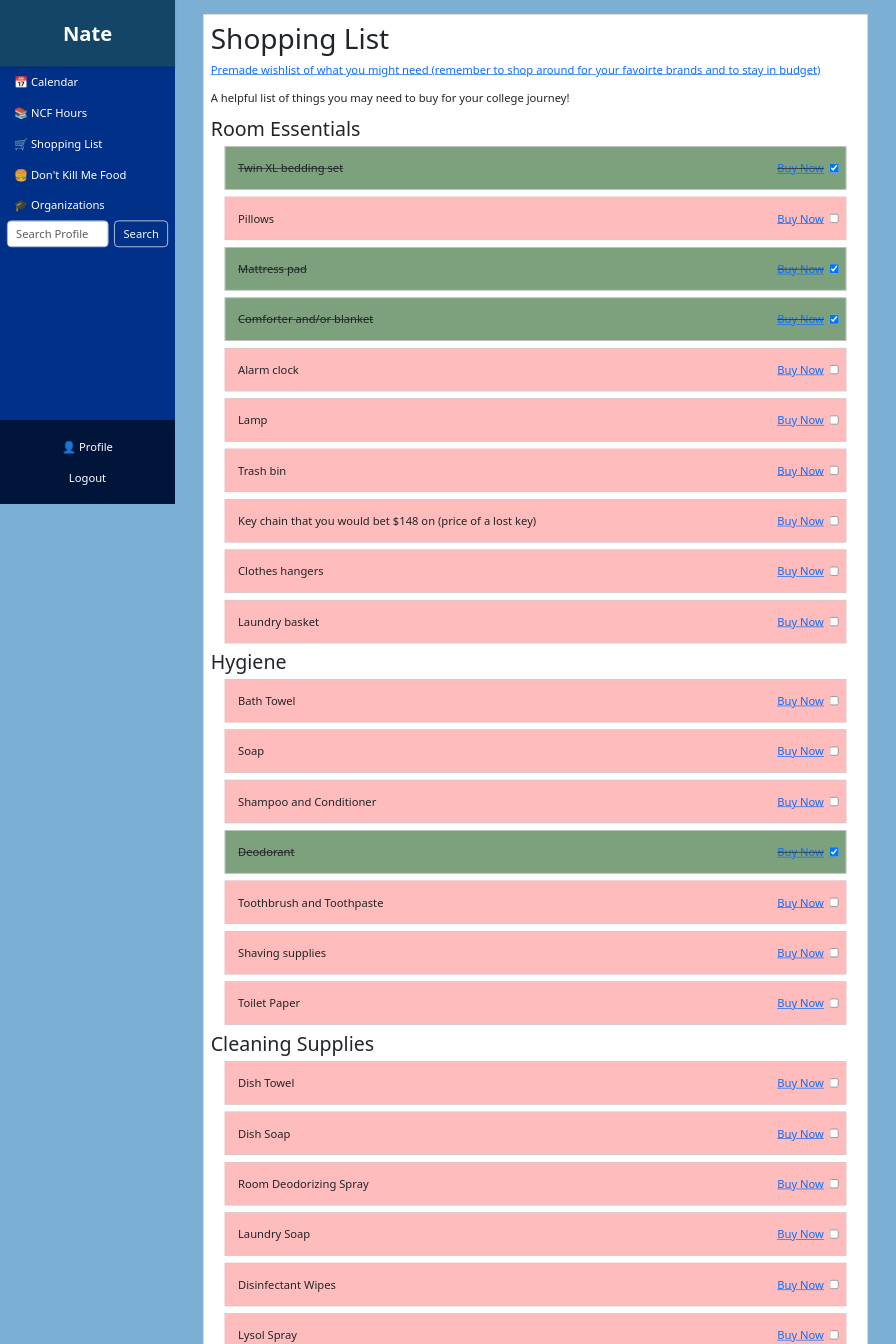
Repository: NateClarkTech/SoftwareEngineeringProject2
Page: http://localhost/shoppinglist/
An editor plug-in stored every save of this project. The page is shown before and after the next save, followed by the edit.
The browser window is 1280 px wide. The pictures show the part of the page from y = 0 to 1920 px (the page is 4171 px tall), at 70% of full size.
The page is served by the project's application, run on Django 5.2 (manage.py). The first stored user is signed in. Other server files are loaded and not shown. The page reads the database file committed with the project.

Above is the page before, as saved 2024-03-12 17:49:57.

### ShoppingList/templates/shoppinglist.html
{% extends 'base.html' %}

{% load static %}

{% block title %}Shopping List{% endblock %}

{% block extendHeader %}
<style>
    .item-box {
        border: 1px solid #ccc;
        padding: 10px;
        margin-bottom: 10px;
        margin-left: 20px;
        margin-right: 20px;
        background-color: white;
    }

    .checked {
        text-decoration: line-through;
        background-color: #7da07d;
    }

    .not-checked {
        text-decoration: none;
        background-color: #ffbcbc;
    }
</style>
{% endblock %}

{% block content %}
<div class="align-items-center">
    {% if user.is_authenticated %}
    <div class="item-box">
        <h1>Shopping List</h1>
        <a href="https://www.amazon.com/hz/wishlist/ls/1MYC1SQ5AHTOC?ref_=wl_share" target="_blank">Premade wishlist of what you might need (remember to shop around for your favoirte brands and to stay in budget)</a>
        <p class="pt-3">A helpful list of things you may need to buy for your college journey!</p>

        {% for category in itemCategories %}
            <h3>{{ category }}</h3>
            {% for item in shoppingItems %}
                {% if item.category == category %}
                    <div class="item-box d-flex {% if item.checked %}checked{%else%}not-checked{% endif %}">
                        <label for="item-{{ forloop.counter }}" class="flex-grow-1 p-2">{{ item.name }}</label>
                        <a href="{{ item.url }}" target="_blank" class="p-2">Buy Now</a>
                        <input type="checkbox" id="item-{{ forloop.counter }}" class="p-2" {% if item.checked %}checked{% endif %}>
                    </div>
                {% endif %}
            {% endfor %}
        {% endfor %}
    </div>
    {% else %}
    <p>You are not logged in</p>
    {% endif %}
</div>
{% endblock %}

{% block scripts %}
    <script src={% static '/js/shoppinglist.js' %}></script>
{% endblock %}

### ShoppingList/models.py
from django.db import models
from django.contrib.auth.models import User

class ShoppingListCategory(models.Model):
    name = models.CharField(max_length=200)

    def __str__(self):
        return self.name

class ShoppingListItem(models.Model):
    user = models.ForeignKey(User, on_delete=models.CASCADE)
    name = models.CharField(max_length=200)
    category = models.ForeignKey(ShoppingListCategory, on_delete=models.CASCADE)
    url = models.URLField(max_length=200)
    checked = models.BooleanField(default=False)

    def __str__(self):
        return self.user.username + " - " + self.name

### Leaderboard/urls.py
from django.urls import path
from . import views
#https://www.reddit.com/r/django/comments/13hknj7/my_project_doesnt_recognize_the_urls_from_one_of/
urlpatterns = [
    path('', views.checklist, name='checklist'),
    path('checklist/', views.checklist, name='checklist'),
    path('update_checklist/', views.update_checklist, name='update_checklist'),
    path('reset-tasks', views.reset_tasks),
    path('leaderboard/', views.leaderboard_view, name='leaderboard'),

]

### Profile/urls.py

from django.urls import path
from . import views
from django.conf import settings
from django.conf.urls.static import static
from django.contrib.auth import views as auth_views
# Got a lot of help from herehttps://www.reddit.com/r/django/comments/hfh1qc/namespace_is_not_a_registered_namespace/
# https://forum.djangoproject.com/t/django-urls-exceptions-noreversematch-is-not-a-registered-namespace/1876/2
#https://forum.djangoproject.com/t/redirect-to-a-different-app/9086
# And GPT helped me fix everything

app_name = 'Profile'

urlpatterns = [

    path('profile/', views.profile, name='profile'),  # For the logged-in user's profile
    path('profile/<str:username>/', views.public_profile, name='public_profile'),  # For viewing other users' profiles
    path('search/', views.search_profiles, name='search_profiles'),

        # Login/logout stuff
    path('login/', auth_views.LoginView.as_view(template_name='registration/login.html'), name='login'),
    path('logout/', views.logout_view, name='logout'),
    path('register/', views.register, name='register'),


] + static(settings.MEDIA_URL, document_root=settings.MEDIA_ROOT)

### ShoppingList/urls.py
from django.urls import path
from . import views
from django.conf import settings
from django.conf.urls.static import static
from django.contrib.auth import views as auth_views

urlpatterns = [
    path('', views.shoppinglist, name='shoppinglist'),
    path('update_shoppinglist', views.update_shoppinglist, name='update_shoppinglist'),
]

### NovoTaskNinja/urls.py
from django.urls import path
from . import views
from django.conf import settings
from django.conf.urls.static import static
from django.contrib.auth import views as auth_views

urlpatterns = [

    # Backend-Heavy Pages
    path('dontkillmefood/', views.dontkillmefood, name='dontkillmefood'),

    # Frontend-Heavy Pages
    path('calendar', views.calendar, name='calendar'),
    path('ncfhours/', views.ncfhours, name='ncfhours'),
    path('', views.home, name='home'),


] + static(settings.MEDIA_URL, document_root=settings.MEDIA_ROOT)

### db.sqlite3 (the tables this page reads, as SQL)
CREATE TABLE "ShoppingList_shoppinglistcategory" ("id" integer NOT NULL PRIMARY KEY AUTOINCREMENT, "name" varchar(200) NOT NULL);
INSERT INTO "ShoppingList_shoppinglistcategory" VALUES
(1, 'Room Essentials'),
(2, 'Hygiene'),
(3, 'Cleaning Supplies'),
(4, 'Beach Supplies'),
(5, 'School Supplies'),
(6, 'Emergency Preparedness'),
(7, 'Other Items');

CREATE TABLE "ShoppingList_shoppinglistitem" ("id" integer NOT NULL PRIMARY KEY AUTOINCREMENT, "name" varchar(200) NOT NULL, "url" varchar(200) NOT NULL, "checked" bool NOT NULL, "user_id" integer NOT NULL REFERENCES "auth_user" ("id") DEFERRABLE INITIALLY DEFERRED, "category_id" bigint NOT NULL REFERENCES "ShoppingList_shoppinglistcategory" ("id") DEFERRABLE INITIALLY DEFERRED);
INSERT INTO "ShoppingList_shoppinglistitem" VALUES
(1, 'Twin XL bedding set', 'https://www.amazon.com/s?k=twin+xl+sheet+sets', 0, 3, 1),
(2, 'Pillows', 'https://www.amazon.com/s?k=bed+pillow', 0, 3, 1),
(3, 'Mattress pad', 'https://www.amazon.com/s?k=mattress+pad', 0, 3, 1),
(4, 'Comforter and/or blanket', 'https://www.amazon.com/s?k=comforter', 0, 3, 1),
(5, 'Alarm clock', 'https://www.amazon.com/s?k=alarm+clock', 0, 3, 1),
(6, 'Lamp', 'https://www.amazon.com/s?k=lamp', 0, 3, 1),
(7, 'Trash bin', 'https://www.amazon.com/s?k=trash+bin', 0, 3, 1),
(8, 'Key chain that you would bet $148 on (price of a lost key)', 'https://www.amazon.com/s?k=key+chain', 0, 3, 1),
(9, 'Clothes hangers', 'clothes hangers', 0, 3, 1),
(10, 'Laundry basket', 'https://www.amazon.com/s?k=laundry+basket', 0, 3, 1),
(11, 'Bath Towel', 'https://www.amazon.com/s?kbath+towel', 0, 3, 2),
(12, 'Soap', 'https://www.amazon.com/s?k=soap', 0, 3, 2),
(13, 'Shampoo and Conditioner', 'https://www.amazon.com/s?k=shampoo+and+conditioner', 0, 3, 2),
(14, 'Deodorant', 'https://www.amazon.com/s?k=deodorant', 0, 3, 2),
(15, 'Toothbrush and Toothpaste', 'https://www.amazon.com/s?k=toothbrush+and+toothpaste', 0, 3, 2),
(16, 'Shaving supplies', 'https://www.amazon.com/s?k=shaving+supplies', 0, 3, 2),
(17, 'Toilet Paper', 'https://www.amazon.com/s?k=toilet+paper', 0, 3, 2),
(18, 'Dish Towel', 'https://www.amazon.com/s?k=dish+towel', 0, 3, 3),
(19, 'Dish Soap', 'https://www.amazon.com/s?k=dish+soap', 0, 3, 3),
(20, 'Room Deodorizing Spray', 'https://www.amazon.com/s?k=room+deodorizing+spray', 0, 3, 3),
(21, 'Laundry Soap', 'https://www.amazon.com/s?k=laundry+soap', 0, 3, 3),
(22, 'Disinfectant Wipes', 'https://www.amazon.com/s?k=disinfectant+wipes', 0, 3, 3),
(23, 'Lysol Spray', 'https://www.amazon.com/s?k=lysol+spray', 0, 3, 3),
(24, 'Swimsuit', 'https://www.amazon.com/s?k=swimsuit', 0, 3, 4),
(25, 'Beach Towel', 'https://www.amazon.com/s?k=beach+towel', 0, 3, 4),
(26, 'Sunscreen', 'https://www.amazon.com/s?k=sunscreen', 0, 3, 4),
(27, 'Refillable Water Bottle', 'https://www.amazon.com/s?k=refillable+water+bottle', 0, 3, 4),
(28, 'Personal Computer', 'https://www.amazon.com/s?k=personal+computer', 0, 3, 5),
(29, 'Printer', 'https://www.amazon.com/s?k=printer', 0, 3, 5),
(30, 'Printer Paper', 'https://www.amazon.com/s?k=printer+paper', 0, 3, 5),
(31, 'Ethernet Cable', 'https://www.amazon.com/s?k=ethernet+cable', 0, 3, 5),
(32, 'Flash Drive', 'https://www.amazon.com/s?k=flash+drive', 0, 3, 5),
(33, 'Notebooks', 'https://www.amazon.com/s?k=notebooks', 0, 3, 5),
(34, 'Laptop Lock', 'https://www.amazon.com/s?k=laptop+lock', 0, 3, 5),
(35, 'Office Supplies (Poster Putty, Stapler, Push Pins, Pen/Pencils, Envelopes and Stamps)', 'https://www.amazon.com/s?k=office+supplies', 0, 3, 5),
(36, 'Desk Lamp', 'https://www.amazon.com/s?k=desk+lamp', 0, 3, 5),
(37, 'Power Strip with Surge Protector', 'https://www.amazon.com/s?k=power+strip+with+surge+protector', 0, 3, 5),
(38, 'Multi-port USB Charger', 'https://www.amazon.com/s?k=multi-port+usb+charger', 0, 3, 5),
(39, 'Headset', 'https://www.amazon.com/s?k=headset', 0, 3, 5),
(40, 'Flashlight', 'https://www.amazon.com/s?k=flashlight', 0, 3, 6),
(41, 'Batteries', 'https://www.amazon.com/s?k=batteries', 0, 3, 6),
(42, 'First-aid Kit', 'https://www.amazon.com/s?k=first-aid+kit', 0, 3, 6),
(43, 'Fan', 'https://www.amazon.com/s?k=fan', 0, 3, 7),
(44, 'Umbrella', 'https://www.amazon.com/s?k=umbrella', 0, 3, 7),
(45, 'Ear Plugs', 'https://www.amazon.com/s?k=ear+plugs', 0, 3, 7),
(46, 'Small Sewing Kit', 'https://www.amazon.com/s?k=sewing+kit', 0, 3, 7),
(47, 'Small Tool Kit', 'https://www.amazon.com/s?k=tool+kit', 0, 3, 7),
(48, 'Storage Bins', 'https://www.amazon.com/s?k=storage+bins', 0, 3, 7),
(49, 'Dishes and Utensils', 'https://www.amazon.com/s?k=dishes+and+utensils', 0, 3, 7),
(50, 'Camera', 'https://www.amazon.com/s?k=camera', 0, 3, 7),
(51, 'Can Opener', 'https://www.amazon.com/s?k=can+opener', 0, 3, 7),
(52, 'Twin XL bedding set', 'https://www.amazon.com/s?k=twin+xl+sheet+sets', 0, 4, 1),
(53, 'Pillows', 'https://www.amazon.com/s?k=bed+pillow', 0, 4, 1),
(54, 'Mattress pad', 'https://www.amazon.com/s?k=mattress+pad', 0, 4, 1),
(55, 'Comforter and/or blanket', 'https://www.amazon.com/s?k=comforter', 0, 4, 1),
(56, 'Alarm clock', 'https://www.amazon.com/s?k=alarm+clock', 0, 4, 1),
(57, 'Lamp', 'https://www.amazon.com/s?k=lamp', 0, 4, 1),
(58, 'Trash bin', 'https://www.amazon.com/s?k=trash+bin', 0, 4, 1),
(59, 'Key chain that you would bet $148 on (price of a lost key)', 'https://www.amazon.com/s?k=key+chain', 0, 4, 1),
(60, 'Clothes hangers', 'clothes hangers', 0, 4, 1),
(61, 'Laundry basket', 'https://www.amazon.com/s?k=laundry+basket', 0, 4, 1),
(62, 'Bath Towel', 'https://www.amazon.com/s?kbath+towel', 0, 4, 2),
(63, 'Soap', 'https://www.amazon.com/s?k=soap', 0, 4, 2),
(64, 'Shampoo and Conditioner', 'https://www.amazon.com/s?k=shampoo+and+conditioner', 0, 4, 2),
(65, 'Deodorant', 'https://www.amazon.com/s?k=deodorant', 0, 4, 2),
(66, 'Toothbrush and Toothpaste', 'https://www.amazon.com/s?k=toothbrush+and+toothpaste', 0, 4, 2),
(67, 'Shaving supplies', 'https://www.amazon.com/s?k=shaving+supplies', 0, 4, 2),
(68, 'Toilet Paper', 'https://www.amazon.com/s?k=toilet+paper', 0, 4, 2),
(69, 'Dish Towel', 'https://www.amazon.com/s?k=dish+towel', 0, 4, 3),
(70, 'Dish Soap', 'https://www.amazon.com/s?k=dish+soap', 0, 4, 3),
(71, 'Room Deodorizing Spray', 'https://www.amazon.com/s?k=room+deodorizing+spray', 0, 4, 3),
(72, 'Laundry Soap', 'https://www.amazon.com/s?k=laundry+soap', 0, 4, 3),
(73, 'Disinfectant Wipes', 'https://www.amazon.com/s?k=disinfectant+wipes', 0, 4, 3),
(74, 'Lysol Spray', 'https://www.amazon.com/s?k=lysol+spray', 0, 4, 3),
(75, 'Swimsuit', 'https://www.amazon.com/s?k=swimsuit', 0, 4, 4),
(76, 'Beach Towel', 'https://www.amazon.com/s?k=beach+towel', 0, 4, 4),
(77, 'Sunscreen', 'https://www.amazon.com/s?k=sunscreen', 0, 4, 4),
(78, 'Refillable Water Bottle', 'https://www.amazon.com/s?k=refillable+water+bottle', 0, 4, 4),
(79, 'Personal Computer', 'https://www.amazon.com/s?k=personal+computer', 0, 4, 5),
(80, 'Printer', 'https://www.amazon.com/s?k=printer', 0, 4, 5),
(81, 'Printer Paper', 'https://www.amazon.com/s?k=printer+paper', 0, 4, 5),
(82, 'Ethernet Cable', 'https://www.amazon.com/s?k=ethernet+cable', 0, 4, 5),
(83, 'Flash Drive', 'https://www.amazon.com/s?k=flash+drive', 0, 4, 5),
(84, 'Notebooks', 'https://www.amazon.com/s?k=notebooks', 0, 4, 5),
(85, 'Laptop Lock', 'https://www.amazon.com/s?k=laptop+lock', 0, 4, 5),
(86, 'Office Supplies (Poster Putty, Stapler, Push Pins, Pen/Pencils, Envelopes and Stamps)', 'https://www.amazon.com/s?k=office+supplies', 0, 4, 5),
(87, 'Desk Lamp', 'https://www.amazon.com/s?k=desk+lamp', 0, 4, 5),
(88, 'Power Strip with Surge Protector', 'https://www.amazon.com/s?k=power+strip+with+surge+protector', 0, 4, 5),
(89, 'Multi-port USB Charger', 'https://www.amazon.com/s?k=multi-port+usb+charger', 0, 4, 5),
(90, 'Headset', 'https://www.amazon.com/s?k=headset', 0, 4, 5),
(91, 'Flashlight', 'https://www.amazon.com/s?k=flashlight', 0, 4, 6),
(92, 'Batteries', 'https://www.amazon.com/s?k=batteries', 0, 4, 6),
(93, 'First-aid Kit', 'https://www.amazon.com/s?k=first-aid+kit', 0, 4, 6),
(94, 'Fan', 'https://www.amazon.com/s?k=fan', 0, 4, 7),
(95, 'Umbrella', 'https://www.amazon.com/s?k=umbrella', 0, 4, 7),
(96, 'Ear Plugs', 'https://www.amazon.com/s?k=ear+plugs', 0, 4, 7),
(97, 'Small Sewing Kit', 'https://www.amazon.com/s?k=sewing+kit', 0, 4, 7),
(98, 'Small Tool Kit', 'https://www.amazon.com/s?k=tool+kit', 0, 4, 7),
(99, 'Storage Bins', 'https://www.amazon.com/s?k=storage+bins', 0, 4, 7),
(100, 'Dishes and Utensils', 'https://www.amazon.com/s?k=dishes+and+utensils', 0, 4, 7),
(101, 'Camera', 'https://www.amazon.com/s?k=camera', 0, 4, 7),
(102, 'Can Opener', 'https://www.amazon.com/s?k=can+opener', 0, 4, 7),
(103, 'Twin XL bedding set', 'https://www.amazon.com/s?k=twin+xl+sheet+sets', 0, 2, 1),
(104, 'Pillows', 'https://www.amazon.com/s?k=bed+pillow', 0, 2, 1),
(105, 'Mattress pad', 'https://www.amazon.com/s?k=mattress+pad', 0, 2, 1),
(106, 'Comforter and/or blanket', 'https://www.amazon.com/s?k=comforter', 0, 2, 1),
(107, 'Alarm clock', 'https://www.amazon.com/s?k=alarm+clock', 0, 2, 1),
(108, 'Lamp', 'https://www.amazon.com/s?k=lamp', 0, 2, 1),
(109, 'Trash bin', 'https://www.amazon.com/s?k=trash+bin', 0, 2, 1),
(110, 'Key chain that you would bet $148 on (price of a lost key)', 'https://www.amazon.com/s?k=key+chain', 0, 2, 1),
(111, 'Clothes hangers', 'https://www.amazon.com/s?k=clothes+hangers', 0, 2, 1),
(112, 'Laundry basket', 'https://www.amazon.com/s?k=laundry+basket', 0, 2, 1),
(113, 'Bath Towel', 'https://www.amazon.com/s?k=bath+towels', 0, 2, 2),
(114, 'Soap', 'https://www.amazon.com/s?k=soap', 0, 2, 2),
(115, 'Shampoo and Conditioner', 'https://www.amazon.com/s?k=shampoo+and+conditioner', 0, 2, 2),
(116, 'Deodorant', 'https://www.amazon.com/s?k=deodorant', 0, 2, 2),
(117, 'Toothbrush and Toothpaste', 'https://www.amazon.com/s?k=toothbrush+and+toothpaste', 0, 2, 2),
(118, 'Shaving supplies', 'https://www.amazon.com/s?k=shaving+supplies', 0, 2, 2),
(119, 'Toilet Paper', 'https://www.amazon.com/s?k=toilet+paper', 0, 2, 2),
(120, 'Dish Towel', 'https://www.amazon.com/s?k=dish+towel', 0, 2, 3),
(121, 'Dish Soap', 'https://www.amazon.com/s?k=dish+soap', 0, 2, 3),
(122, 'Room Deodorizing Spray', 'https://www.amazon.com/s?k=room+deodorizing+spray', 0, 2, 3),
(123, 'Laundry Soap', 'https://www.amazon.com/s?k=laundry+soap', 0, 2, 3),
(124, 'Disinfectant Wipes', 'https://www.amazon.com/s?k=disinfectant+wipes', 0, 2, 3),
(125, 'Lysol Spray', 'https://www.amazon.com/s?k=lysol+spray', 0, 2, 3),
(126, 'Swimsuit', 'https://www.amazon.com/s?k=swimsuit', 0, 2, 4),
(127, 'Beach Towel', 'https://www.amazon.com/s?k=beach+towel', 0, 2, 4),
(128, 'Sunscreen', 'https://www.amazon.com/s?k=sunscreen', 0, 2, 4),
(129, 'Refillable Water Bottle', 'https://www.amazon.com/s?k=refillable+water+bottle', 0, 2, 4),
(130, 'Personal Computer', 'https://www.amazon.com/s?k=personal+computer', 0, 2, 5),
(131, 'Printer', 'https://www.amazon.com/s?k=printer', 0, 2, 5),
(132, 'Printer Paper', 'https://www.amazon.com/s?k=printer+paper', 0, 2, 5),
(133, 'Ethernet Cable', 'https://www.amazon.com/s?k=ethernet+cable', 0, 2, 5),
(134, 'Flash Drive', 'https://www.amazon.com/s?k=flash+drive', 0, 2, 5),
(135, 'Notebooks', 'https://www.amazon.com/s?k=notebooks', 0, 2, 5),
(136, 'Laptop Lock', 'https://www.amazon.com/s?k=laptop+lock', 0, 2, 5),
(137, 'Office Supplies (Poster Putty, Stapler, Push Pins, Pen/Pencils, Envelopes and Stamps)', 'https://www.amazon.com/s?k=office+supplies', 0, 2, 5),
(138, 'Desk Lamp', 'https://www.amazon.com/s?k=desk+lamp', 0, 2, 5),
(139, 'Power Strip with Surge Protector', 'https://www.amazon.com/s?k=power+strip+with+surge+protector', 0, 2, 5),
(140, 'Multi-port USB Charger', 'https://www.amazon.com/s?k=multi-port+usb+charger', 0, 2, 5),
(141, 'Headset', 'https://www.amazon.com/s?k=headset', 0, 2, 5),
(142, 'Flashlight', 'https://www.amazon.com/s?k=flashlight', 0, 2, 6),
(143, 'Batteries', 'https://www.amazon.com/s?k=batteries', 0, 2, 6),
(144, 'First-aid Kit', 'https://www.amazon.com/s?k=first-aid+kit', 0, 2, 6),
(145, 'Fan', 'https://www.amazon.com/s?k=fan', 0, 2, 7),
(146, 'Umbrella', 'https://www.amazon.com/s?k=umbrella', 0, 2, 7),
(147, 'Ear Plugs', 'https://www.amazon.com/s?k=ear+plugs', 0, 2, 7),
(148, 'Small Sewing Kit', 'https://www.amazon.com/s?k=sewing+kit', 0, 2, 7),
(149, 'Small Tool Kit', 'https://www.amazon.com/s?k=tool+kit', 0, 2, 7),
(150, 'Storage Bins', 'https://www.amazon.com/s?k=storage+bins', 0, 2, 7),
(151, 'Dishes and Utensils', 'https://www.amazon.com/s?k=dishes+and+utensils', 0, 2, 7),
(152, 'Camera', 'https://www.amazon.com/s?k=camera', 0, 2, 7),
(153, 'Can Opener', 'https://www.amazon.com/s?k=can+opener', 0, 2, 7),
(154, 'Twin XL bedding set', 'https://www.amazon.com/s?k=twin+xl+sheet+sets', 1, 1, 1),
(155, 'Pillows', 'https://www.amazon.com/s?k=bed+pillow', 0, 1, 1),
(156, 'Mattress pad', 'https://www.amazon.com/s?k=mattress+pad', 1, 1, 1),
(157, 'Comforter and/or blanket', 'https://www.amazon.com/s?k=comforter', 1, 1, 1),
(158, 'Alarm clock', 'https://www.amazon.com/s?k=alarm+clock', 0, 1, 1),
(159, 'Lamp', 'https://www.amazon.com/s?k=lamp', 0, 1, 1),
(160, 'Trash bin', 'https://www.amazon.com/s?k=trash+bin', 0, 1, 1),
(161, 'Key chain that you would bet $148 on (price of a lost key)', 'https://www.amazon.com/s?k=key+chain', 0, 1, 1),
(162, 'Clothes hangers', 'https://www.amazon.com/s?k=clothes+hangers', 0, 1, 1),
(163, 'Laundry basket', 'https://www.amazon.com/s?k=laundry+basket', 0, 1, 1),
(164, 'Bath Towel', 'https://www.amazon.com/s?k=bath+towels', 0, 1, 2),
(165, 'Soap', 'https://www.amazon.com/s?k=soap', 0, 1, 2),
(166, 'Shampoo and Conditioner', 'https://www.amazon.com/s?k=shampoo+and+conditioner', 0, 1, 2),
(167, 'Deodorant', 'https://www.amazon.com/s?k=deodorant', 1, 1, 2),
(168, 'Toothbrush and Toothpaste', 'https://www.amazon.com/s?k=toothbrush+and+toothpaste', 0, 1, 2),
(169, 'Shaving supplies', 'https://www.amazon.com/s?k=shaving+supplies', 0, 1, 2),
(170, 'Toilet Paper', 'https://www.amazon.com/s?k=toilet+paper', 0, 1, 2),
(171, 'Dish Towel', 'https://www.amazon.com/s?k=dish+towel', 0, 1, 3),
(172, 'Dish Soap', 'https://www.amazon.com/s?k=dish+soap', 0, 1, 3),
(173, 'Room Deodorizing Spray', 'https://www.amazon.com/s?k=room+deodorizing+spray', 0, 1, 3),
(174, 'Laundry Soap', 'https://www.amazon.com/s?k=laundry+soap', 0, 1, 3),
(175, 'Disinfectant Wipes', 'https://www.amazon.com/s?k=disinfectant+wipes', 0, 1, 3),
(176, 'Lysol Spray', 'https://www.amazon.com/s?k=lysol+spray', 0, 1, 3),
(177, 'Swimsuit', 'https://www.amazon.com/s?k=swimsuit', 0, 1, 4),
(178, 'Beach Towel', 'https://www.amazon.com/s?k=beach+towel', 0, 1, 4),
(179, 'Sunscreen', 'https://www.amazon.com/s?k=sunscreen', 0, 1, 4),
(180, 'Refillable Water Bottle', 'https://www.amazon.com/s?k=refillable+water+bottle', 0, 1, 4),
(181, 'Personal Computer', 'https://www.amazon.com/s?k=personal+computer', 0, 1, 5),
(182, 'Printer', 'https://www.amazon.com/s?k=printer', 0, 1, 5),
(183, 'Printer Paper', 'https://www.amazon.com/s?k=printer+paper', 0, 1, 5),
(184, 'Ethernet Cable', 'https://www.amazon.com/s?k=ethernet+cable', 0, 1, 5),
(185, 'Flash Drive', 'https://www.amazon.com/s?k=flash+drive', 0, 1, 5),
(186, 'Notebooks', 'https://www.amazon.com/s?k=notebooks', 0, 1, 5),
(187, 'Laptop Lock', 'https://www.amazon.com/s?k=laptop+lock', 0, 1, 5),
(188, 'Office Supplies (Poster Putty, Stapler, Push Pins, Pen/Pencils, Envelopes and Stamps)', 'https://www.amazon.com/s?k=office+supplies', 0, 1, 5),
(189, 'Desk Lamp', 'https://www.amazon.com/s?k=desk+lamp', 0, 1, 5),
(190, 'Power Strip with Surge Protector', 'https://www.amazon.com/s?k=power+strip+with+surge+protector', 0, 1, 5),
(191, 'Multi-port USB Charger', 'https://www.amazon.com/s?k=multi-port+usb+charger', 0, 1, 5),
(192, 'Headset', 'https://www.amazon.com/s?k=headset', 0, 1, 5),
(193, 'Flashlight', 'https://www.amazon.com/s?k=flashlight', 0, 1, 6),
(194, 'Batteries', 'https://www.amazon.com/s?k=batteries', 0, 1, 6),
(195, 'First-aid Kit', 'https://www.amazon.com/s?k=first-aid+kit', 0, 1, 6),
(196, 'Fan', 'https://www.amazon.com/s?k=fan', 0, 1, 7),
(197, 'Umbrella', 'https://www.amazon.com/s?k=umbrella', 0, 1, 7),
(198, 'Ear Plugs', 'https://www.amazon.com/s?k=ear+plugs', 0, 1, 7),
(199, 'Small Sewing Kit', 'https://www.amazon.com/s?k=sewing+kit', 0, 1, 7),
(200, 'Small Tool Kit', 'https://www.amazon.com/s?k=tool+kit', 0, 1, 7),
(201, 'Storage Bins', 'https://www.amazon.com/s?k=storage+bins', 0, 1, 7),
(202, 'Dishes and Utensils', 'https://www.amazon.com/s?k=dishes+and+utensils', 0, 1, 7),
(203, 'Camera', 'https://www.amazon.com/s?k=camera', 0, 1, 7),
(204, 'Can Opener', 'https://www.amazon.com/s?k=can+opener', 0, 1, 7);

CREATE TABLE "auth_user" ("id" integer NOT NULL PRIMARY KEY AUTOINCREMENT, "password" varchar(128) NOT NULL, "last_login" datetime NULL, "is_superuser" bool NOT NULL, "username" varchar(150) NOT NULL UNIQUE, "last_name" varchar(150) NOT NULL, "email" varchar(254) NOT NULL, "is_staff" bool NOT NULL, "is_active" bool NOT NULL, "date_joined" datetime NOT NULL, "first_name" varchar(150) NOT NULL);
INSERT INTO "auth_user" VALUES
(1, 'pbkdf2_sha256$720000$voXDfFPGW35Vj4HBNrXH6O$81VbTivkDmHTHyrO0enerEqBO5Y1jna5vWEizOy2neM=', '2024-03-12 19:50:57.516190', 0, 'Nate', '', '', 0, 1, '2024-03-10 17:59:04.381654', ''),
(2, 'pbkdf2_sha256$720000$6xx2oJHi4sTw9UGfKxI1Vr$hTFa86Txj4tm4MMlh+gyYzNVMNkcrilSLcoieOe8rZ0=', '2024-03-12 19:31:30.492896', 1, 'admin', '', '', 1, 1, '2024-03-10 17:59:37.223655', ''),
(3, 'pbkdf2_sha256$720000$CYfsySN9KJ3kKCFa7FcOyu$1SpWWJdIaEb00rFZobW7XtaDRaXiSxJRIjAVbF6ooGU=', '2024-03-12 15:52:11.849871', 0, 'NotNate', '', '', 0, 1, '2024-03-10 21:43:19.463536', ''),
(4, 'pbkdf2_sha256$720000$yQsW3wlpSp5GMrkLKbaAMK$XEmvrkUnHV2qiy/8O9pIhwGZvYNqFGRgejnn5yn4QFM=', '2024-03-11 00:26:01.990320', 0, 'Username', '', '', 0, 1, '2024-03-11 00:26:01.476318', '');

Loaded but not shown: ShoppingList/static/js/shoppinglist.js (57 lines, source omitted); NovoTaskNinja/templates/navbar.html (248 lines, source omitted); ShoppingList/views.py (113 lines, source omitted); static/css/base/base.css (123 lines, source omitted); NovoTaskNinja/templates/base.html (49 lines, source omitted); SEProject2/urls.py (30 lines, source omitted)

After the next save:
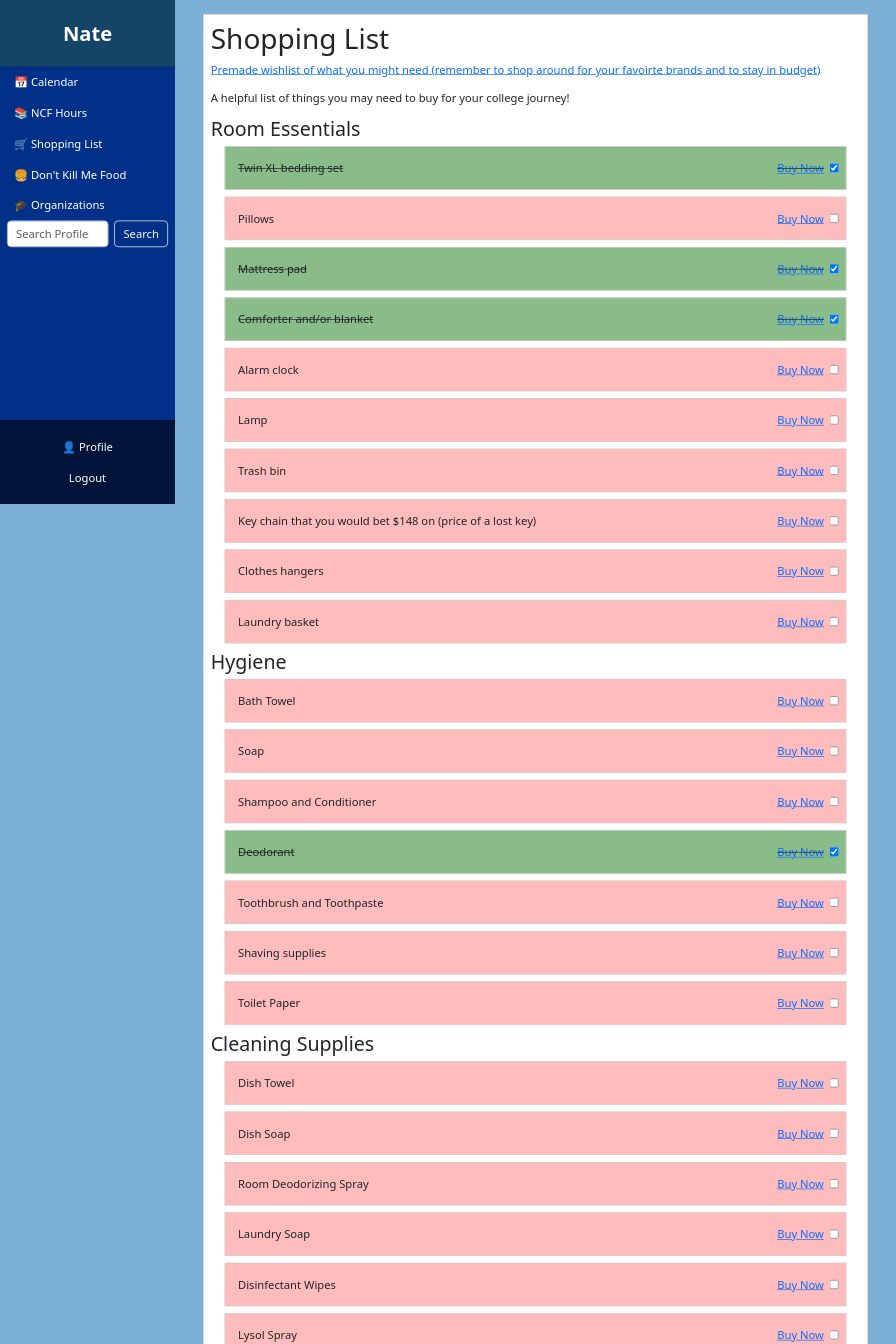
Saved 6 s later.
--- a/ShoppingList/templates/shoppinglist.html
+++ b/ShoppingList/templates/shoppinglist.html
@@ -17,7 +17,7 @@
 
     .checked {
         text-decoration: line-through;
-        background-color: #7da07d;
+        background-color: #8abc8a;
     }
 
     .not-checked {
